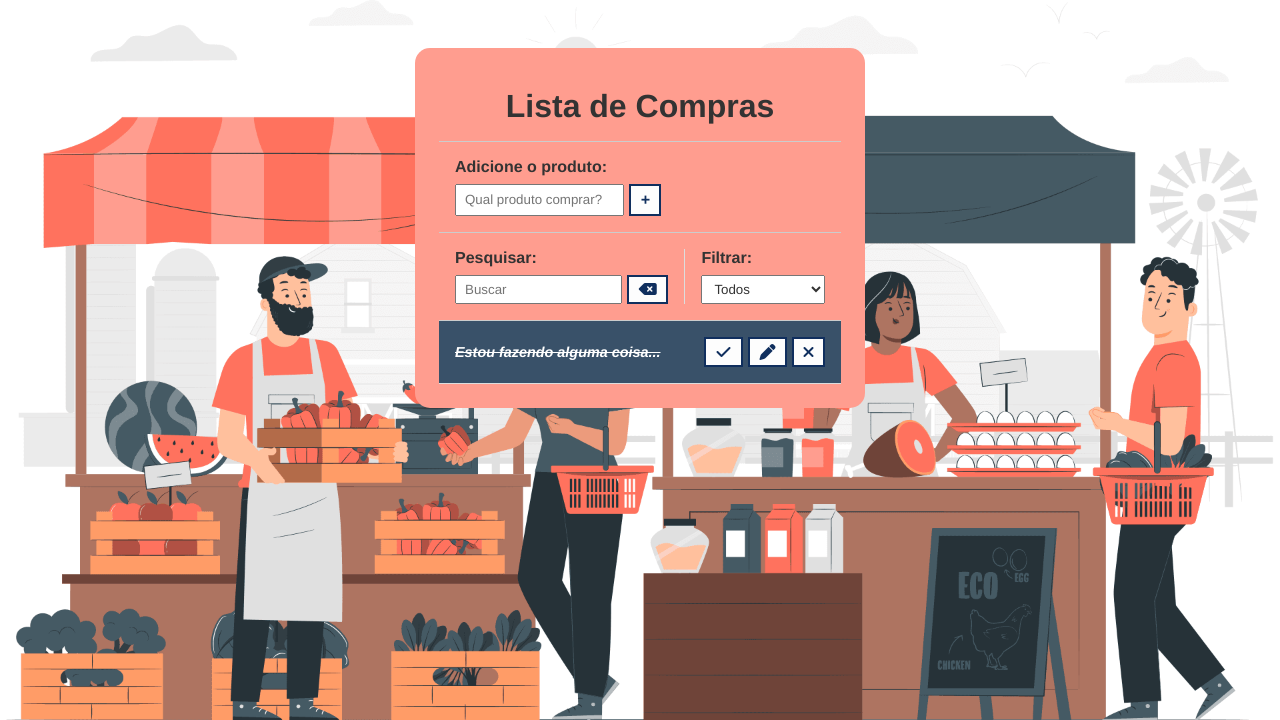
Repository: Dkrvalho/mercado
Page: index.html
An editor plug-in stored every save of this project. The page is shown before and after the next save, followed by the edit.
The browser window is 1280 px wide. The pictures show the whole page.

Above is the page before, as saved 2023-01-09 14:58:13.

After the next save:
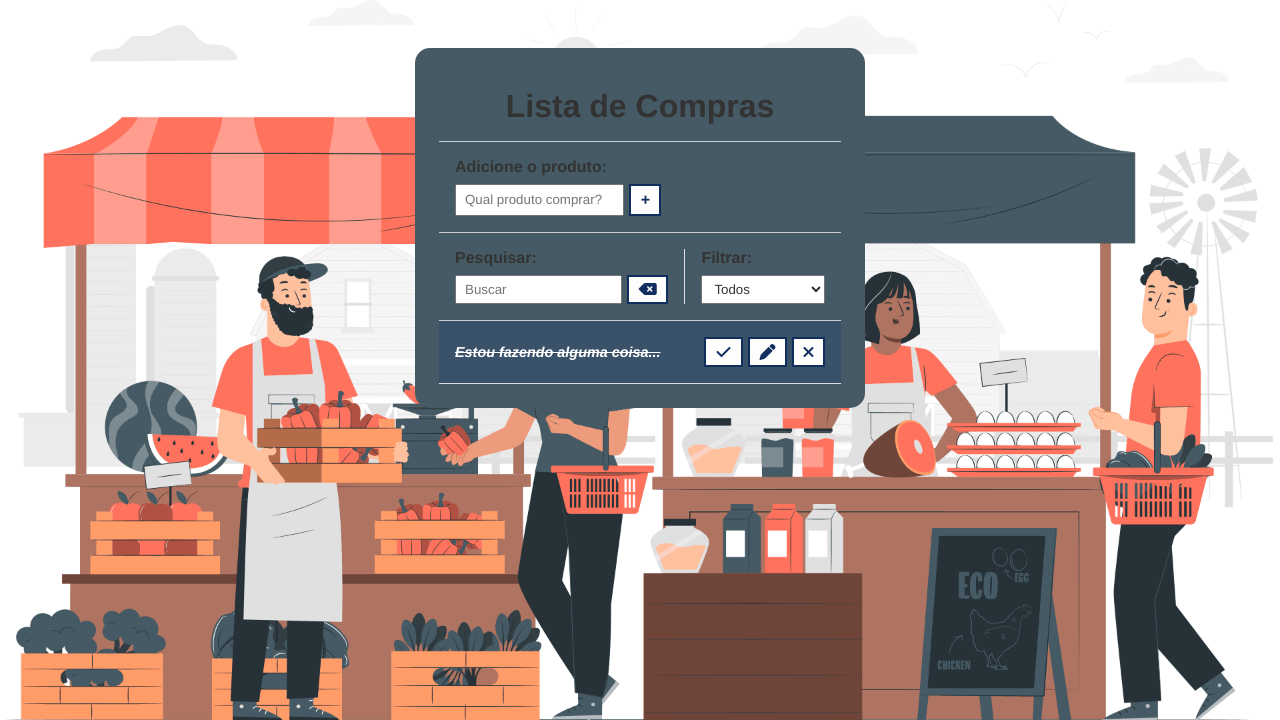
Saved 22 s later.
--- a/css/style.css
+++ b/css/style.css
@@ -55,7 +55,7 @@ input, select {
 .container {
     max-width: 450px;
     margin: 3rem auto;
-    background-color: #ff9d8f;
+    background-color: #455a64;
     padding: 1.5rem;
     border-radius: 15px;
 }
